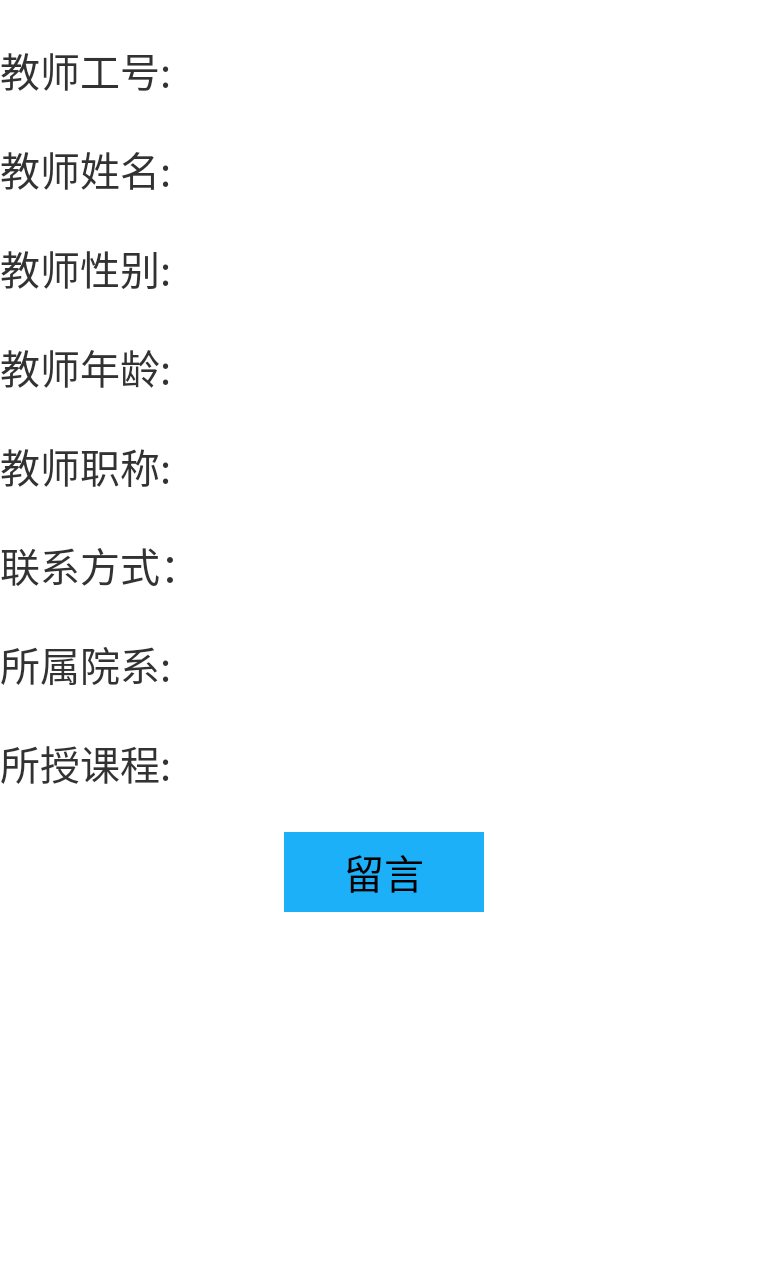
Repository: 15862175370/MyProject
Layout: 毕业设计系统源码_李伟/client/TeachSystem/res/layout/addteacher.xml
The author's editor kept a copy of each file at every save. The layout is drawn from the files as they stood at one save, then again after the next save.
It is drawn on a 768 x 1280 px phone screen (xhdpi) without system bars, with theme AppTheme; the app's code is not run.

Above is the layout before, as saved 2016-05-20 08:45:48.

### 毕业设计系统源码_李伟/client/TeachSystem/res/layout/addteacher.xml
<?xml version="1.0" encoding="utf-8"?>
<LinearLayout xmlns:android="http://schemas.android.com/apk/res/android"
    android:layout_width="match_parent"
    android:layout_height="match_parent"
    android:orientation="vertical" >
    <LinearLayout
     android:id="@+id/cno_linearlayout"
      android:layout_width="match_parent"
        android:layout_height="wrap_content"
        android:orientation="horizontal"
        android:layout_marginTop="20dp"
        >
        <TextView
         android:id="@+id/teacher_tn"
         android:layout_width="wrap_content"
         android:layout_height="wrap_content"
         android:textSize="20dp"
         android:text="教师工号:"/>
        <TextView
            android:layout_marginLeft="10dp"
            android:id="@+id/myteacher_tno"
         android:layout_width="match_parent"
         android:layout_height="wrap_content"
          android:textSize="20dp"

            />

    </LinearLayout>
 <LinearLayout
     android:id="@+id/cno"
      android:layout_width="match_parent"
        android:layout_height="wrap_content"
        android:orientation="horizontal"
        android:layout_marginTop="20dp"
        >
        <TextView
         android:id="@+id/teach"
         android:layout_width="wrap_content"
         android:layout_height="wrap_content"
         android:textSize="20dp"
         android:text="教师姓名:"/>
        <TextView
            android:layout_marginLeft="10dp"
            android:id="@+id/myteacher"
         android:layout_width="match_parent"
         android:layout_height="wrap_content"
          android:textSize="20dp"

            />

    </LinearLayout>


     <LinearLayout
     android:id="@+id/cname_linearlayout"
      android:layout_width="match_parent"
        android:layout_height="wrap_content"
        android:orientation="horizontal"
        android:layout_marginTop="20dp"

        >
        <TextView
         android:id="@+id/teacher_se"
         android:layout_width="wrap_content"
         android:layout_height="wrap_content"
         android:textSize="20dp"
         android:text="教师性别:"/>
        <TextView
              android:layout_marginLeft="10dp"
            android:id="@+id/myteacher_sex"
         android:layout_width="match_parent"
         android:layout_height="wrap_content"
          android:textSize="20dp"

            />

    </LinearLayout>


      <LinearLayout
     android:id="@+id/ctime_linearlayout"
      android:layout_width="match_parent"
        android:layout_height="wrap_content"
        android:orientation="horizontal"
        android:layout_marginTop="20dp"

        >
        <TextView
         android:id="@+id/mytea"
         android:layout_width="wrap_content"
         android:layout_height="wrap_content"
         android:textSize="20dp"
         android:text="教师年龄:"/>
        <TextView
              android:layout_marginLeft="10dp"
            android:id="@+id/myteacher_age"
         android:layout_width="match_parent"
         android:layout_height="wrap_content"
          android:textSize="20dp"

            />

    </LinearLayout>


       <LinearLayout
     android:id="@+id/cadress_linearlayout"
      android:layout_width="match_parent"
        android:layout_height="wrap_content"
        android:orientation="horizontal"
        android:layout_marginTop="20dp"

        >
        <TextView
         android:id="@+id/myteacher_pro"
         android:layout_width="wrap_content"
         android:layout_height="wrap_content"
         android:textSize="20dp"
         android:text="教师职称:"/>
        <TextView
              android:layout_marginLeft="10dp"
            android:id="@+id/teacher_prof"
         android:layout_width="match_parent"
         android:layout_height="wrap_content"
          android:textSize="20dp"

            />

    </LinearLayout>

        <LinearLayout
     android:id="@+id/content_linearlayout"
      android:layout_width="match_parent"
        android:layout_height="wrap_content"
        android:orientation="horizontal"
        android:layout_marginTop="20dp"

        >
        <TextView
         android:id="@+id/teacher_phone"
         android:layout_width="wrap_content"
         android:layout_height="wrap_content"
         android:textSize="20dp"
         android:text="联系方式："/>
        <TextView
              android:layout_marginLeft="10dp"
            android:id="@+id/myteacher_phone"
         android:layout_width="match_parent"
         android:layout_height="wrap_content"
          android:textSize="20dp"

            />

    </LinearLayout>

         <LinearLayout
     android:id="@+id/teacher_linearlayout"
      android:layout_width="match_parent"
        android:layout_height="wrap_content"
        android:orientation="horizontal"
        android:layout_marginTop="20dp"

        >
        <TextView
         android:id="@+id/teacher_textview"
         android:layout_width="wrap_content"
         android:layout_height="wrap_content"
         android:textSize="20dp"
         android:text="所属院系:"/>
        <TextView
              android:layout_marginLeft="10dp"
            android:id="@+id/myteacher_dept"
         android:layout_width="match_parent"
         android:layout_height="wrap_content"
          android:textSize="20dp"

            />

    </LinearLayout>

            <LinearLayout
     android:id="@+id/teacher_linearlay"
      android:layout_width="match_parent"
        android:layout_height="wrap_content"
        android:orientation="horizontal"
        android:layout_marginTop="20dp"

        >
        <TextView
         android:id="@+id/teacher_te"
         android:layout_width="wrap_content"
         android:layout_height="wrap_content"
         android:textSize="20dp"
         android:text="所授课程:"/>
        <TextView
              android:layout_marginLeft="10dp"
            android:id="@+id/myteacher_course"
         android:layout_width="match_parent"
         android:layout_height="wrap_content"
          android:textSize="20dp"

            />

    </LinearLayout>

    <RelativeLayout
           android:layout_height="wrap_content"
             android:layout_width="match_parent"
             android:layout_marginTop="20dp"

            >
            <Button
                android:layout_centerInParent="true"
                android:layout_marginLeft="30dp"
             android:id="@+id/myteacher_message"
             android:layout_height="40dp"
               android:layout_width="100dp"
               android:background="#1bb0f8"
               android:textSize="20dp"
               android:text="留言"
                />
        </RelativeLayout>


</LinearLayout>

Loaded but not shown: 毕业设计系统源码_李伟/client/TeachSystem/res/values/styles.xml (common file); 毕业设计系统源码_李伟/client/TeachSystem/res/values-v11/styles.xml (common file); 毕业设计系统源码_李伟/client/TeachSystem/res/values-v14/styles.xml (common file)

After the next save:
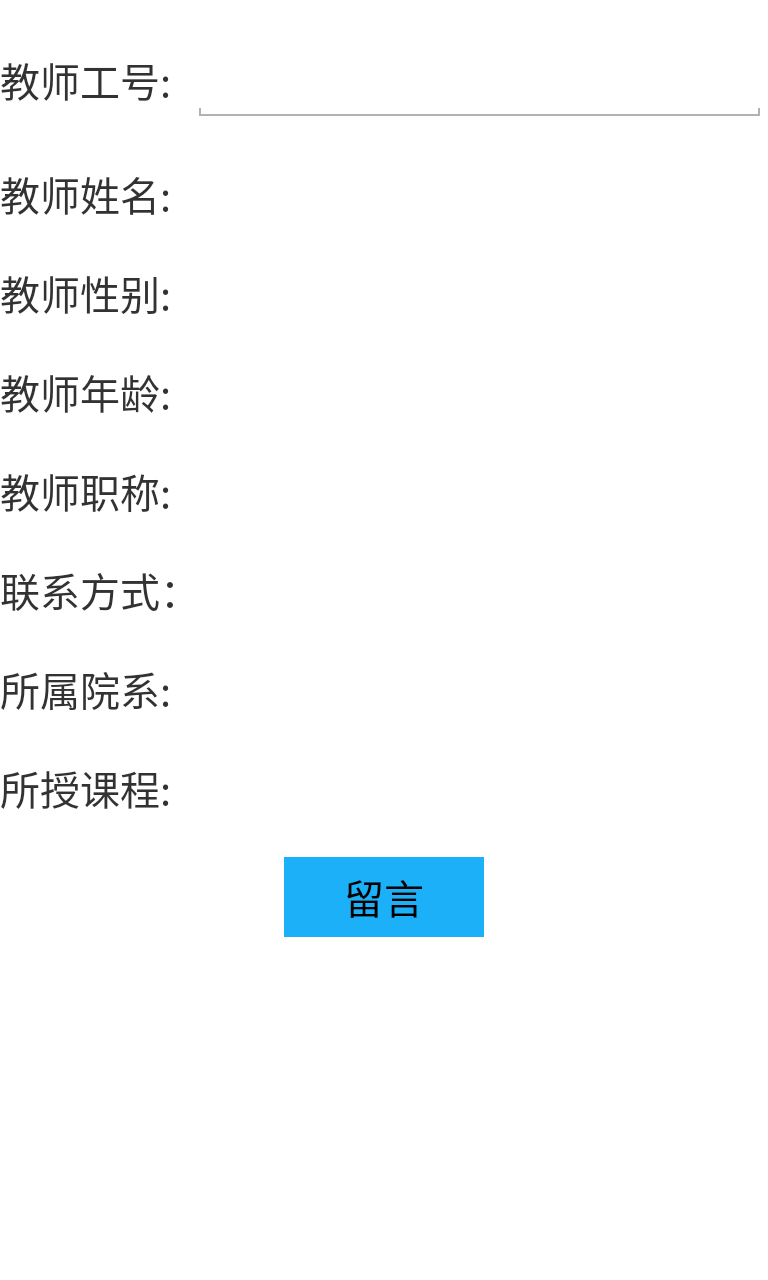
Saved 46 s later.
--- a/毕业设计系统源码_李伟/client/TeachSystem/res/layout/addteacher.xml
+++ b/毕业设计系统源码_李伟/client/TeachSystem/res/layout/addteacher.xml
@@ -16,7 +16,7 @@
          android:layout_height="wrap_content"
          android:textSize="20dp"
          android:text="教师工号:"/>
-        <TextView
+        <EditText
             android:layout_marginLeft="10dp"
             android:id="@+id/myteacher_tno"
          android:layout_width="match_parent"
